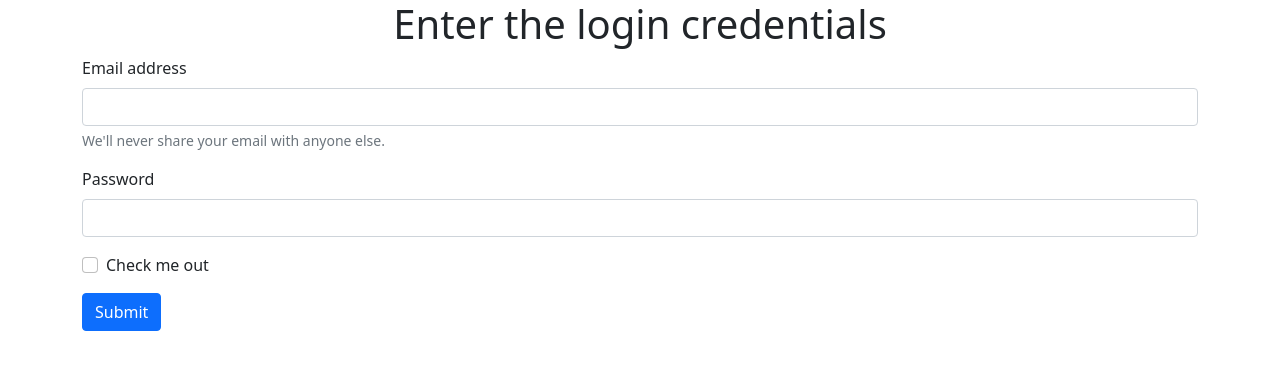
Repository: Senyadt2/Projects-On-Java
Page: http://localhost/EmployeeRegistrationSystem/
The author's editor kept a copy of each file at every save. The page is drawn from the files as they stood at one save, then again after the next save.
The browser window is 1280 px wide. The pictures show the whole page.
The page is served by Tomcat 9.

Above is the page before, as saved 2024-03-26 05:04:36.

After the next save:
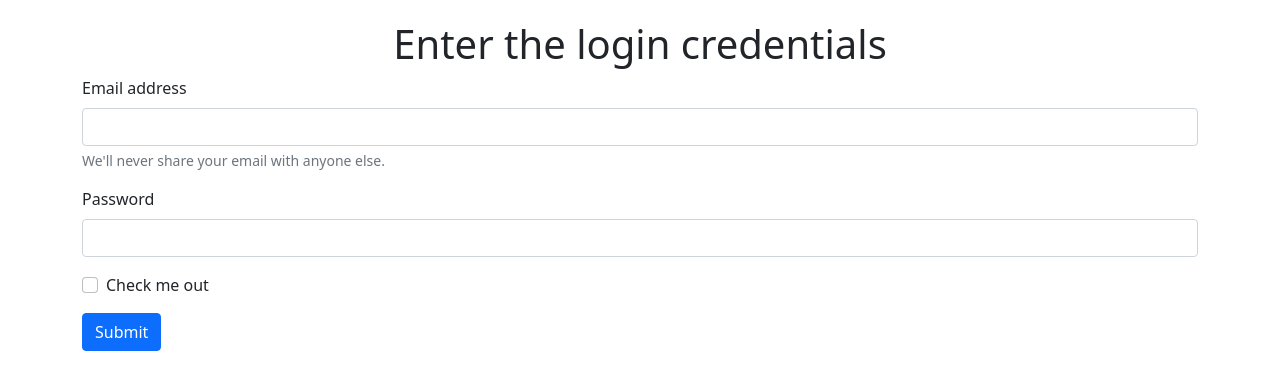
Saved 11 s later.
--- a/EmployeeRegistrationSystem/src/main/webapp/index.jsp
+++ b/EmployeeRegistrationSystem/src/main/webapp/index.jsp
@@ -22,7 +22,7 @@
 <body>
 
 	<div class="container">
-	<h1 style="text-align:center">Enter the login credentials</h1>
+	<h1 style="text-align:center;padding-top:20px">Enter the login credentials</h1>
 		<form>
 			<div class="mb-3">
 				<label for="exampleInputEmail1" class="form-label">Email
